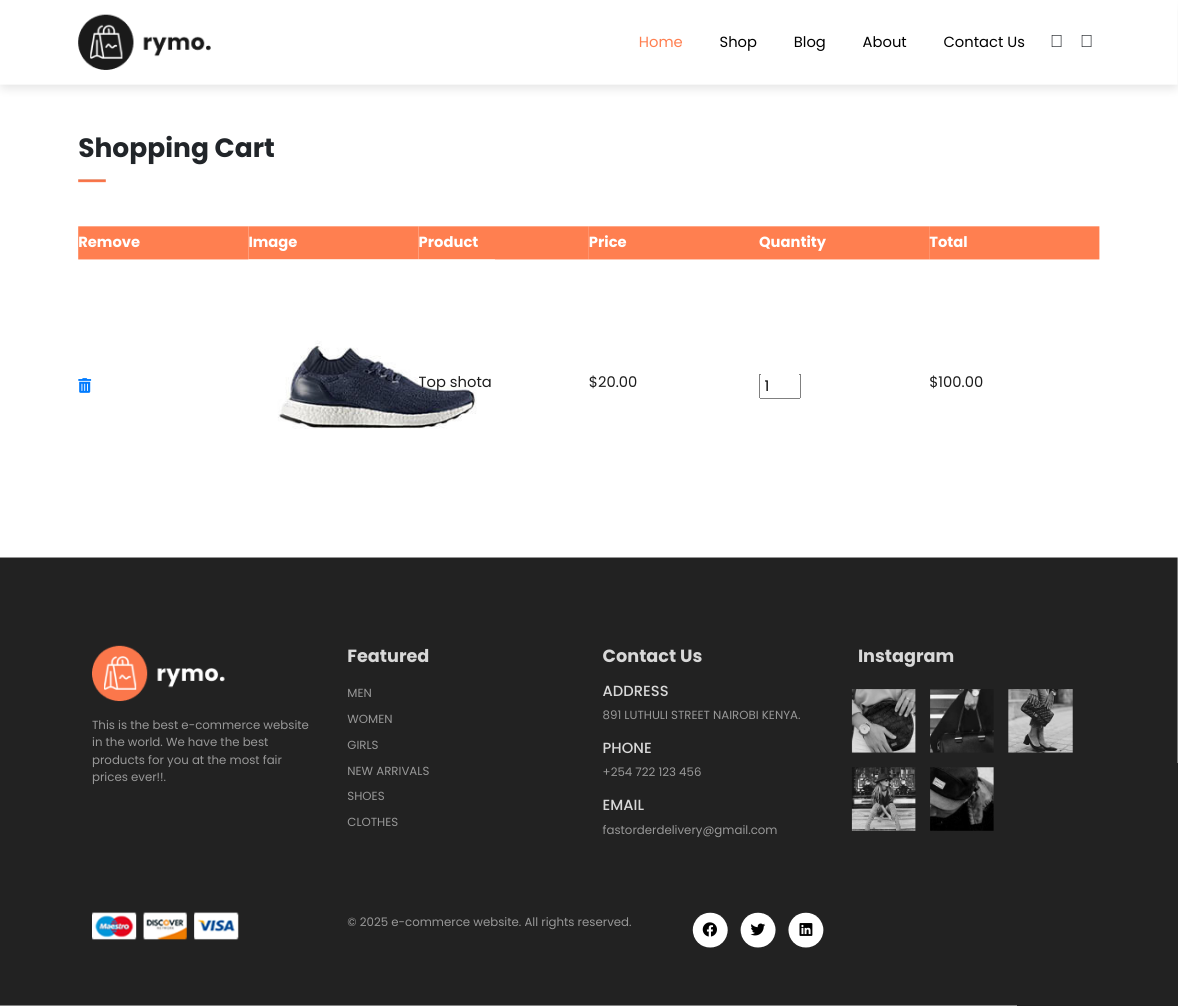
Repository: peter417waweru/e-commerce-UI
Page: cart.html
The author's editor kept a copy of each file at every save. The page is drawn from the files as they stood at one save, then again after the next save.
The browser window is 1280 px wide. The pictures show the whole page, at 92% of full size.
Some web libraries are served in a nearby version.

Above is the page before, as saved 2025-02-09 08:47:19.
Console error: TypeError: Cannot set properties of undefined (setting 'onclick')

### cart.html
<!DOCTYPE html>
<html lang="en">

    <head>
        <meta charset="UTF-8">
        <meta http-equiv="X-UA-Compatible" content="IE=edge">
        <meta name="viewport" content="width=device-width, initial-scale=1.0">
        <title>Ecommerce Website1</title>

        <link rel="stylesheet" href="https://cdn.jsdelivr.net/npm/bootstrap@4.1.3/dist/css/bootstrap.min.css"
        integrity="sha384-MCw98/SFnGE8fJT3GXwEOngsV7Zt27NXFoaoApmYm81iuXoPkFOJwJ8ERdknLPMO" crossorigin="anonymous">

        <link rel="stylesheet" href="https://pro.fontawesome.com/releases/v5.10.0/css/all.css" />

        <link rel="stylesheet" href="./style.css">
        <link rel="stylesheet" href="./cart.css">
    </head>

    <body>

        <nav class="navbar navbar-expand-lg navbar-light bg-white py-3 fixed-top">
            <div class="container">
              <img src="img/logo1.png" alt="">
              <button class="navbar-toggler" type="button" data-bs-toggle="collapse" data-bs-target="#navbarSupportedContent"
              aria-controls="navbarSupportedContent" aria-expanded="false" aria-label="Toggle navigation">
                <span><i id="bar" class="fas fa-bars"></i></span>
              </button>
              <div class="collapse navbar-collapse" id="navbarSupportedContent">
                <ul class="navbar-nav ml-auto">
                  <li class="nav-item">
                    <a class="nav-link active" aria-current="page" href="#">Home</a>
                  </li>
                  <li class="nav-item">
                    <a class="nav-link" aria-current="page" href="shop.html">Shop</a>
                  </li>
                  <li class="nav-item">
                    <a class="nav-link" aria-current="page" href="blog.html">Blog</a>
                  </li>
                  <li class="nav-item">
                    <a class="nav-link" aria-current="page" href="#">About</a>
                  </li>
                  <li class="nav-item">
                    <a class="nav-link" aria-current="page" href="#">Contact Us</a>
                  </li>
                  <li class="nav-item">
                    <i class="fal fa-search"></i>
                    <i class="fal fa-shopping-bag"></i>
                  </li>


                </ul>

              </div>
            </div>
        </nav>

        <section id="cart-home" class="container pt-5 mt-5">
            <h2 class="font-weight-bold pt-5">Shopping Cart</h2>
            <hr>
        </section>

        <section id="cart-container" class="container my-5">
            <table class="w-100">
                <thead>
                    <tr>
                        <td>Remove</td>
                        <td>Image</td>
                        <td>Product</td>
                        <td>Price</td>
                        <td>Quantity</td>
                        <td>Total</td>
                    </tr>
                </thead>
                <tbody>
                    <tr>
                        <td><a href=""><i class="fas fa-trash-alt"></i></a></td>
                        <td><img src="img/shoes/1.jpg" alt=""></td>
                        <td><h5>Top shota</h5></td>
                        <td><h5>$20.00</h5></td>
                        <td><input class="w-25 pl-1" value="1" type="number"></td>
                        <td><h5>$100.00</h5></td>
                    </tr>
                </tbody>
            </table>

        </section>

        <footer class="mt-5 py-5">
            <div class="row container mx-auto pt-5">
              <div class="footer-one col-lg-3 col-md-6 col-12">
                <img src="img/logo2.png" alt="">
                <p class="pt-3">This is the best e-commerce website in the world.
                   We have the best products for you at the most fair prices ever!!.</p>
              </div>
              <div class="footer-one col-lg-3 col-md-6 col-12">
                <h4 class="pb-2">Featured</h4>
                <ul class="text-uppercase list-unstyled">
                  <li><a href="#">men</a></li>
                  <li><a href="#">women</a></li>
                  <li><a href="#">girls</a></li>
                  <li><a href="#">new arrivals</a></li>
                  <li><a href="#">shoes</a></li>
                  <li><a href="#">clothes</a></li>
                </ul>
              </div>
              <div class="footer-one col-lg-3 col-md-6 col-12 mb-3">
                <h4 class="pb-2">Contact Us</h4>
                <div>
                  <h6 class="text-uppercase">Address</h6>
                <p>891 LUTHULI STREET NAIROBI KENYA.</p>
                </div>
                <div>
                  <h6 class="text-uppercase">Phone</h6>
                <p>+254 722 123 456</p>
                </div>
                <div>
                  <h6 class="text-uppercase">Email</h6>
                <p>fastorderdelivery@gmail.com</p>
                </div>
              </div>
              <div class="footer-one col-lg-3 col-md-6 col-12 mb-3">
                <h4 class="pb-2">Instagram</h4>
                <div class="row">
                  <img class="img-fluid w-25 h-100 m-2" src="img/insta/1.jpg" alt="">
                  <img class="img-fluid w-25 h-100 m-2" src="img/insta/2.jpg" alt="">
                  <img class="img-fluid w-25 h-100 m-2" src="img/insta/3.jpg" alt="">
                  <img class="img-fluid w-25 h-100 m-2" src="img/insta/4.jpg" alt="">
                  <img class="img-fluid w-25 h-100 m-2" src="img/insta/5.jpg" alt="">
                </div>
              </div>
            </div>
            <div class="copyright mt-5">
              <div class="row container mx-auto">
                <div class="col-lg-3 col-md-6 col-12 mb-4">
                  <img class="img-fluid" src="img/payment.png" alt="">
                </div>
                <div class="col-lg-4 col-md-6 col-12 text-nowrap mb-2">
                  <p>© 2025 e-commerce website. All rights reserved.</p>
                </div>
                <div class="col-lg-4 col-md-6 col-12">
                  <a href="#"><i class="fab fa-facebook"></i></a>
                  <a href="#"><i class="fab fa-twitter"></i></a>
                  <a href="#"><i class="fab fa-linkedin"></i></a>
                </div>
              </div>
            </div>
          </footer>




        <script src="https://cdn.jsdelivr.net/npm/@popperjs/core@2.9.1/dist/umd/popper.min.js"
            integrity="sha384-SR1sx49pcuLnqZUnnPwx6FCym0wLsk5JZuNx2bPPENzswTNFaQU1RDvt3wT4gWFG"
            crossorigin="anonymous">
        </script>
        <script src="https://cdn.jsdelivr.net/npm/bootstrap@5.0.0-beta3/dist/js/bootstrap.min.js"
            integrity="sha384-j0CNLUeiqtyaRmlzUHCPZ+Gy5fQu0dQ6eZ/xAww941Ai1SxSY+0EQqNXNE6DZiVc"
            crossorigin="anonymous">
        </script>
        <script src="scripts.js"></script>
    </body>

</html>

### style.css
@import url("https://fonts.googleapis.com/css2?family=Poppins:wght@100;200;300;400;500;600;700;800;900&display=swap");
* {
  margin: 0;
  padding: 0;
  box-sizing: border-box;
}

body {
  font-family: "Poppins", sans-serif;
}

h1 {
  font-size: 2.5rem;
  font-weight: 700;
}

h2 {
  font-size: 1.8rem;
  font-weight: 600;
}

h3 {
  font-size: 1.4rem;
  font-weight: 800;
}

h4 {
  font-size: 1.1rem;
  font-weight: 600;
}

h5 {
  font-size: 1rem;
  font-weight: 400;
  color: #1d1d1d;
}

h6 {
  color: #d8d8d8;
}

hr {
  width: 30px;
  height: 2px;
  background-color: #fb774b;
}

.star {
  padding: 10px 0;
}

.star i{
  font-size: 0.8rem;
  color: goldenrod;
}

button {
  font-size: 0.8rem;
  font-weight: 700;
  outline: none;
  border: none;
  background-color: #1d1d1d;
  color: aliceblue;
  padding: 13px 30px;
  cursor: pointer;
  text-transform: uppercase;
  transition: 0.3s ease;
}

button:hover {
  background-color: #3a3833;
}

hr {
  width: 30px;
  height: 2px;

}

.navbar {
  font-size: 16px;
  background-color: #d8d8d8;
  top: 0;
  left: 0;
  box-shadow: 0 5px 10px rgba(0, 0, 0, 0.1);
}

.navbar-light .navbar-nav .nav-link{
  padding: 0 20px;
  color: black;
  transition: 0.3s ease;
}

.navbar-light .navbar-nav .nav-link:hover,
.navbar i:hover,
.navbar-light .navbar-nav .nav-link.active,
.navbar i.active
{
  color: coral;
}



.navbar i{
  font-size: 1.2rem;
  padding: 0 7px;
  cursor: pointer;
  transition: 0.3s ease;
}

/* Mobile Nav*/


.navbar-light .navbar-toggler{
  border: none;
  outline: none;
}

#bar {
  font-size: 1.5rem;
  padding: 7px;
  cursor: pointer;
  font-weight: 500;
  color: black;
  transition: 0.3s ease;
}

#bar:hover,
#bar.active{
  color: #fff;
}

@media only screen and (max-width: 990px) {

  body > nav > div > button:hover ,
  body > nav > div > button:focus {
    background-color: #fb774b;
  }

  body > nav > div > button:hover #bar,
  body > nav > div > button:focus #bar {
    background-color: #fb774b;
  }

  #navbarSupportedContent > ul {
    margin: 1rem;
    justify-content: flex-end;
    align-items: flex-end;
    text-align: right;
  }

  #navbarSupportedContent > ul > li:nth-child(n) > a {
    padding: 10px 0;
  }
}


#home {
  background-image: url("img/back.jpg");
  width: 100%;
  height: 100vh;
  background-size: cover;
  background-position: top 70px center;
  display: flex;
  flex-direction: column;
  align-items: flex-start;
  justify-content: center;

}

#home span{
  color: coral;
}

#new .one img{
  width: 100%;
  height: 100%;
  background-position: center center;
  background-repeat: no-repeat;
  background-size: cover;
  position: relative;
}


#new .row .one .details{
  position: absolute;
  width: 100%;
  height: 100%;
  top: 0;
  left: 0;
  transition: 0.3s ease;
}

#new .row .one:hover .details{
  cursor: pointer;
  background-color: rgba(255, 178, 178, 0.8);
}

#new .row .one .details button{
 display: inline-block;
 font-size: 14px;
 font-weight: 500;
 color: #2a2a2a;
 background: none;
 text-transform: uppercase;
 border-bottom: 1px solid #2a2a2a;
 padding: 1.5px;
 transform: translateY(70px);
 transition: 0.3s ease;
}

#new .row .one .details button:hover{
  cursor: pointer;
  color: #fff;
  border-bottom: 1px solid #fff;
}

#new .row .one:nth-child(1) .details{
  display: flex;
  justify-content: center;
  flex-direction: column;
  align-items: flex-start;
  text-align: start;
}

#new .row .one:nth-child(2) .details{
  display: flex;
  justify-content: center;
  flex-direction: column;
  align-items: center;
  text-align: center;
}

#new .row .one:nth-child(3) .details{
  display: flex;
  justify-content: center;
  flex-direction: column;
  align-items: flex-end;
  text-align: end;
}

/*Products*/

.product {
  cursor: pointer;
  margin-bottom: 2rem;
}

.product img{
  transition: 0.3s all;

}

.product img:hover{
  opacity: 0.7;
}

.product .buy-btn{
  background: #fb774b;
  transform: translateY(20px);
  opacity: 0;
  transition: 0.3s all;
}
.product:hover .buy-btn{
  transform: translateY(0px);
  opacity: 1;
}

#banner {
  background-image: url("img/banner/2.jpg");
  width: 100%;
  height: 60vh;
  background-size: cover;
  background-position: top 70px center;
  background-repeat: no-repeat;
  background-attachment: fixed;
  display: flex;
  flex-direction: column;
  align-items: flex-start;
  justify-content: center;
}

#banner h4{
  color: #D8D8D8;
}

#banner h1{
  color: #D8D8D8;
}

#banner button{
  background-color: #fb774b;
}

footer{
  background-color: #222222;
}

footer h4 {
  color: #D8D8D8;
  font-size: 1.2rem;
  font-weight: 700;
}

footer li {
  padding-bottom: 4px;
}

footer li a {
  font-size: 0.8rem;
  color: #999;
}

footer li a:hover {
  color: #D8D8D8;
}

footer p{
  color: #999;
  font-size: 0.8rem;
}

footer .copyright a{
  color: #000;
  width: 38px;
  height: 38px;
  background-color: #fff;
  display: inline-block;
  text-align: center;
  line-height: 38px;
  border-radius: 50%;
  transition: 0.3s ease;
  margin: 0 5px;

}

footer .copyright a:hover{
  color: #fff;
  background-color: #fb774b;
}

### cart.css
#cart-container table{
    border-collapse: collapse;
    width: 100%;
    table-layout: fixed;
}

#cart-container table thead{
    font-weight: 650;
}

#cart-container table thead td{
    background-color: coral;
    color: #fff;
    border: none;
    padding: 6px 0;
}

### scripts.js
var MainImg = document.getElementById('MainImg');
var SmallImg = document.getElementsByClassName('small-img');

SmallImg[0].onclick = function(){
    MainImg.src = SmallImg[0].src;
}
SmallImg[1].onclick = function(){
    MainImg.src = SmallImg[1].src;
}
SmallImg[2].onclick = function(){
    MainImg.src = SmallImg[2].src;
}
SmallImg[3].onclick = function(){
    MainImg.src = SmallImg[3].src;
}

After the next save:
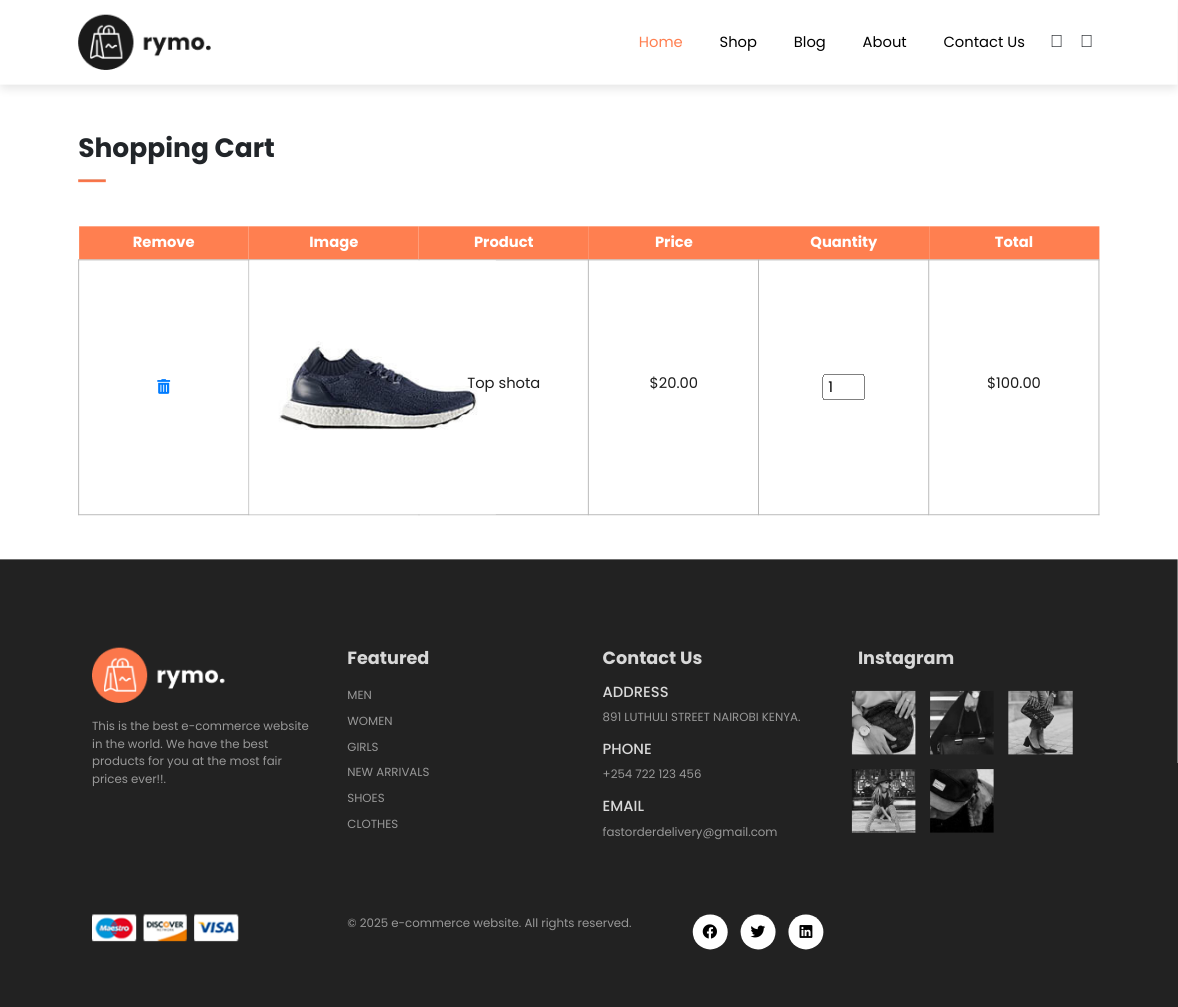
Saved 2 min 8 s later.
--- a/cart.css
+++ b/cart.css
@@ -14,3 +14,8 @@
     border: none;
     padding: 6px 0;
 }
+
+#cart-container table td{
+    border: 1px solid #b6b6b6;
+    text-align: center;
+}
